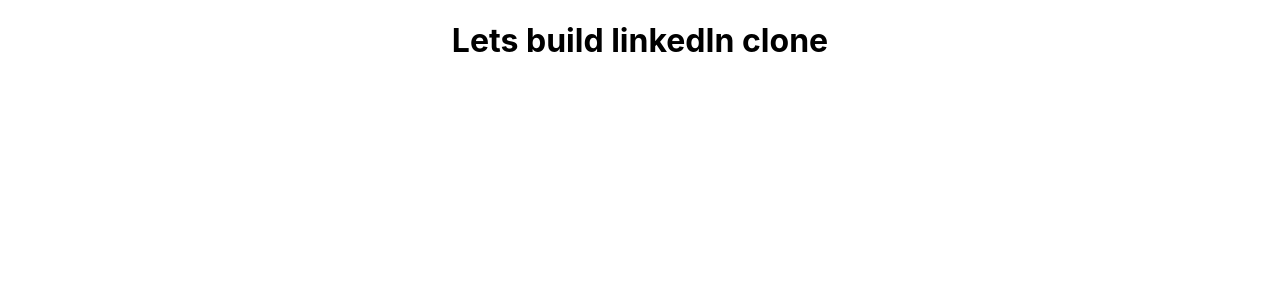
Repository: MEROO1010/linkedIn-clone-
Page: /
An editor plug-in stored every save of this project. The page is shown before and after the next save, followed by the edit.
The browser window is 1280 px wide. The pictures show the whole page.
The project was rebuilt for these pictures with package versions that can differ from the ones it lists, and the page was loaded fresh each time.

Above is the page before, as saved 2023-11-29 12:29:33.

### src/App.js
import React from 'react';
import './App.css';

function App() {
  return (
    <div className="App">
      <h1>Lets build linkedIn clone</h1>
    </div>
  );
}

export default App;

### src/features/counter/counterSlice.js
import { createAsyncThunk, createSlice } from '@reduxjs/toolkit';
import { fetchCount } from './counterAPI';

const initialState = {
  value: 0,
  status: 'idle',
};

// The function below is called a thunk and allows us to perform async logic. It
// can be dispatched like a regular action: `dispatch(incrementAsync(10))`. This
// will call the thunk with the `dispatch` function as the first argument. Async
// code can then be executed and other actions can be dispatched. Thunks are
// typically used to make async requests.
export const incrementAsync = createAsyncThunk(
  'counter/fetchCount',
  async (amount) => {
    const response = await fetchCount(amount);
    // The value we return becomes the `fulfilled` action payload
    return response.data;
  }
);

export const counterSlice = createSlice({
  name: 'counter',
  initialState,
  // The `reducers` field lets us define reducers and generate associated actions
  reducers: {
    increment: (state) => {
      // Redux Toolkit allows us to write "mutating" logic in reducers. It
      // doesn't actually mutate the state because it uses the Immer library,
      // which detects changes to a "draft state" and produces a brand new
      // immutable state based off those changes
      state.value += 1;
    },
    decrement: (state) => {
      state.value -= 1;
    },
    // Use the PayloadAction type to declare the contents of `action.payload`
    incrementByAmount: (state, action) => {
      state.value += action.payload;
    },
  },
  // The `extraReducers` field lets the slice handle actions defined elsewhere,
  // including actions generated by createAsyncThunk or in other slices.
  extraReducers: (builder) => {
    builder
      .addCase(incrementAsync.pending, (state) => {
        state.status = 'loading';
      })
      .addCase(incrementAsync.fulfilled, (state, action) => {
        state.status = 'idle';
        state.value += action.payload;
      });
  },
});

export const { increment, decrement, incrementByAmount } = counterSlice.actions;

// The function below is called a selector and allows us to select a value from
// the state. Selectors can also be defined inline where they're used instead of
// in the slice file. For example: `useSelector((state: RootState) => state.counter.value)`
export const selectCount = (state) => state.counter.value;

// We can also write thunks by hand, which may contain both sync and async logic.
// Here's an example of conditionally dispatching actions based on current state.
export const incrementIfOdd = (amount) => (dispatch, getState) => {
  const currentValue = selectCount(getState());
  if (currentValue % 2 === 1) {
    dispatch(incrementByAmount(amount));
  }
};

export default counterSlice.reducer;

Loaded but not shown: public/index.html (common file); src/index.js (common file); src/app/store.js (common file); src/reportWebVitals.js (common file); src/index.css (common file); src/App.css (common file); src/features/counter/counterAPI.js (common file)

After the next save:
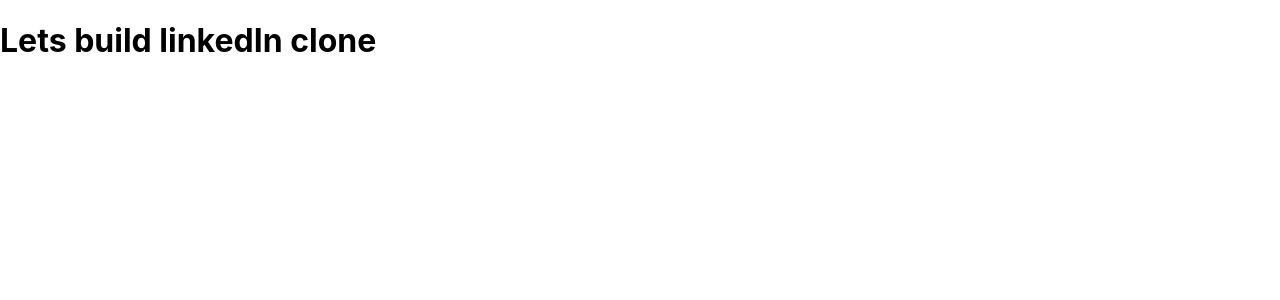
Saved 27 s later.
--- a/src/App.js
+++ b/src/App.js
@@ -3,7 +3,7 @@
 
 function App() {
   return (
-    <div className="App">
+    <div className="app">
       <h1>Lets build linkedIn clone</h1>
     </div>
   );
